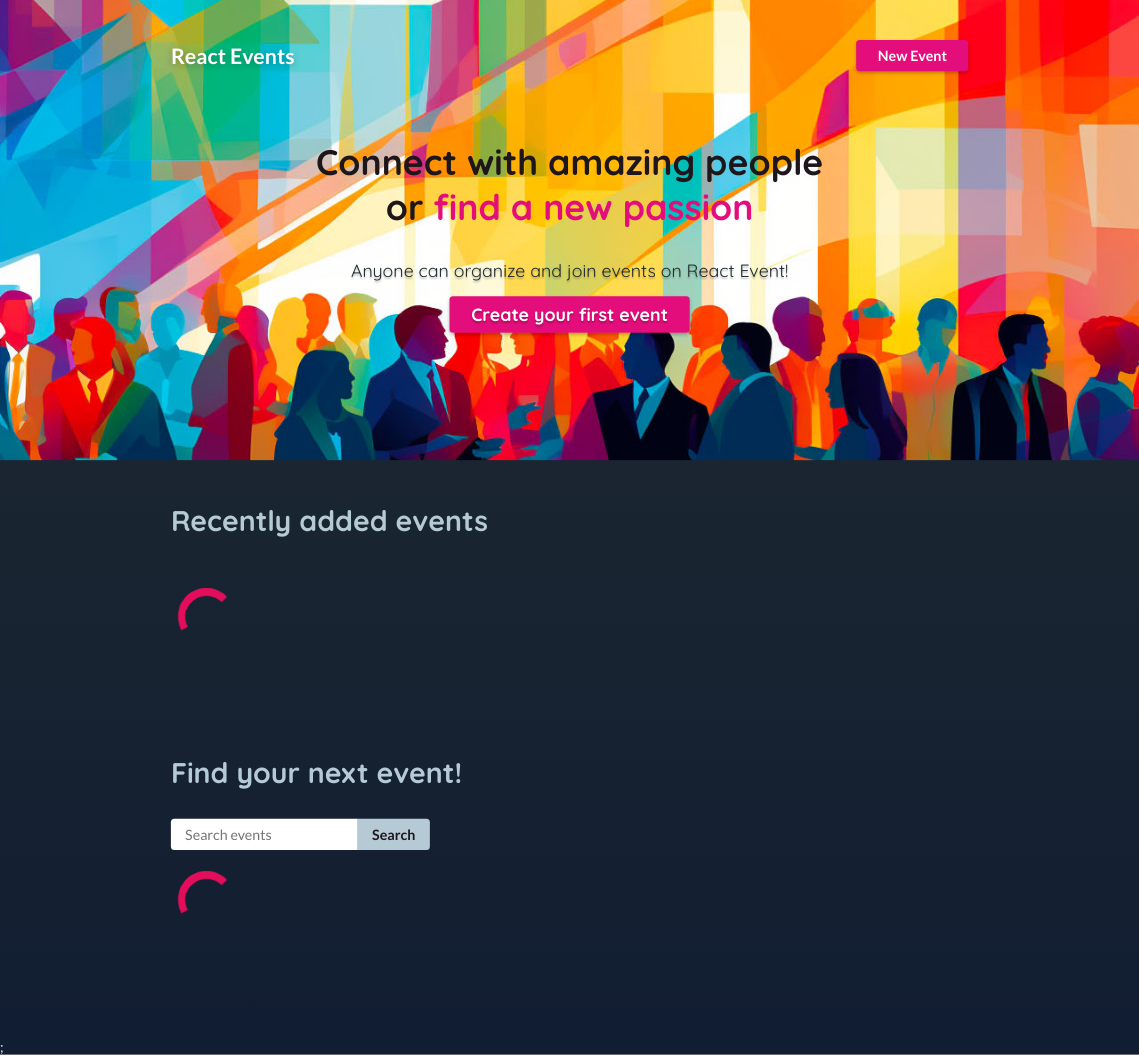
Repository: zhengbinxue/React-Query-Project
Page: /
These files come from the project's save history. The page is drawn as it stood at one moment and after the next save; the edit follows.
The browser window is 1280 px wide. The pictures show the whole page, at 89% of full size.
The page's requests for data from a server got no answer. The project was rebuilt for these pictures with package versions that can differ from the ones it lists, and the page was loaded fresh each time. No one was signed in, and anything a server would have sent is missing. Also part of the build but not shown: vite.config.js, src/components/UI/ErrorBlock.jsx, src/components/Events/EventItem.jsx, src/components/Events/EventDetails.jsx, src/components/UI/Modal.jsx, src/components/ImagePicker.jsx, src/components/Events/EventForm.jsx, src/components/Events/NewEvent.jsx and 1 more.

Above is the page before, as saved 2024-08-09 18:34:18.

After the next save:
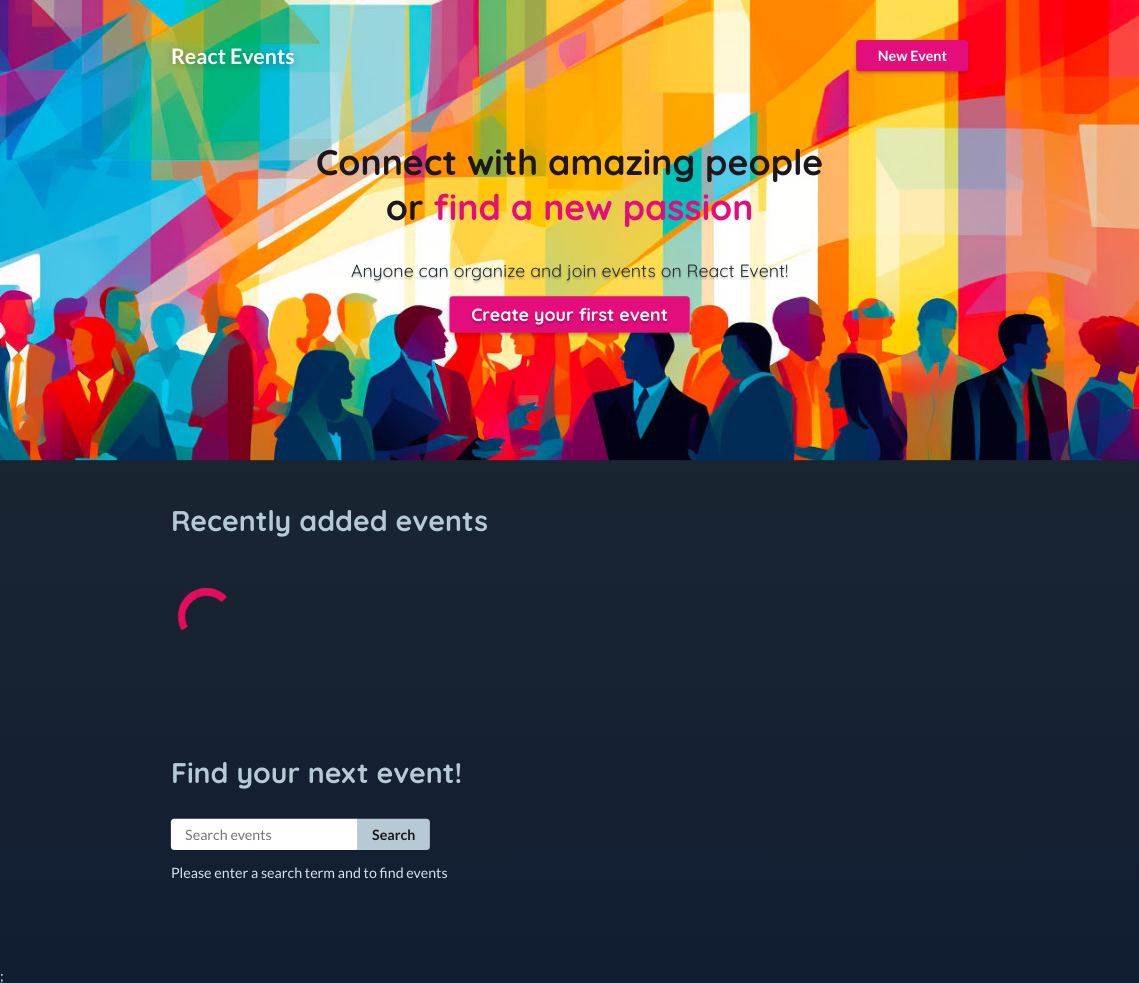
Saved 4 min 26 s later.
--- a/src/components/Events/FindEventSection.jsx
+++ b/src/components/Events/FindEventSection.jsx
@@ -8,7 +8,7 @@ export default function FindEventSection() {
   const searchElement = useRef();
   const [searchTerm, setSearchTerm] = useState();
 
-  const { data, isError, isPending, error } = useQuery({
+  const { data, isError, isLoading, error } = useQuery({
     queryKey: ["events", { search: searchTerm }],
     queryFn: ({ signal }) => fetchEvents({ searchTerm, signal }),
     enabled: searchTerm !== undefined,
@@ -21,7 +21,7 @@ export default function FindEventSection() {
 
   let content = <p>Please enter a search term and to find events</p>;
 
-  if (isPending) {
+  if (isLoading) {
     content = <LoadingIndicator />;
   }
 
